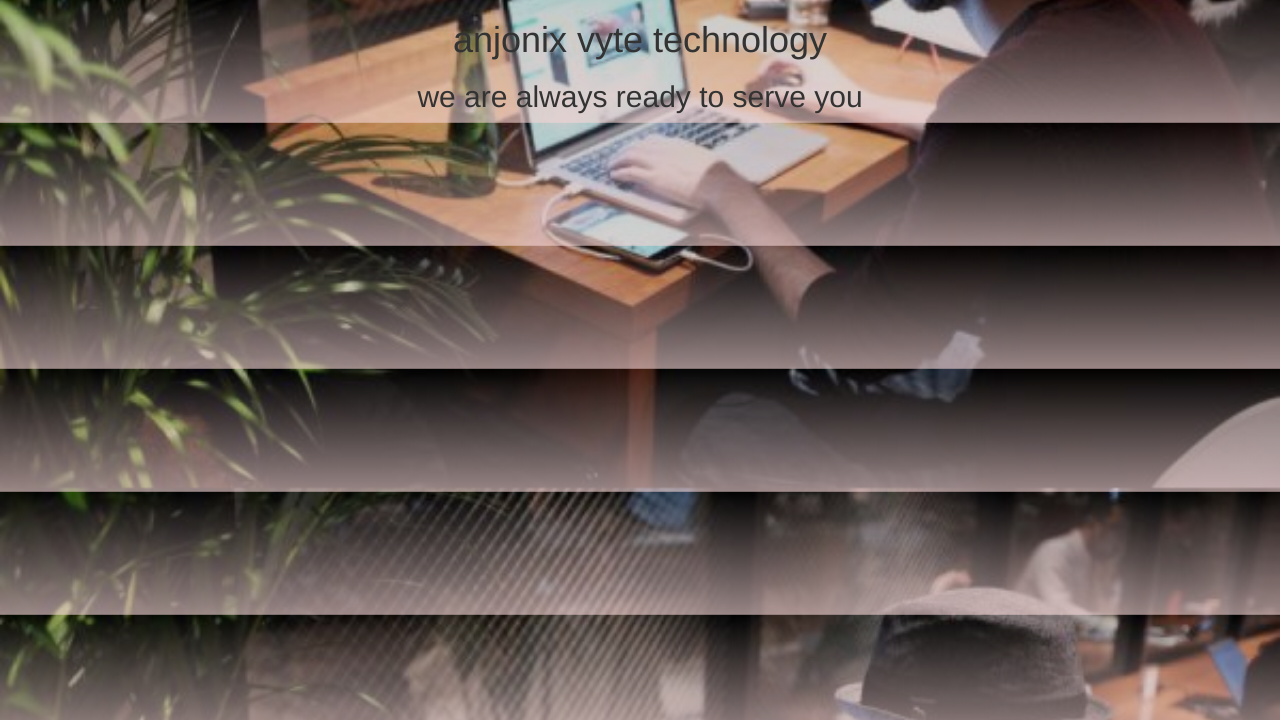
Repository: anjonix/Responsive-Website
Page: contact-form.html
The author's editor kept a copy of each file at every save. The page is drawn from the files as they stood at one save, then again after the next save.
The browser window is 1280 px wide. The pictures show the whole page.

Above is the page before, as saved 2019-07-09 13:55:52.

### contact-form.html
<!DOCTYPE html>
<!DOCTYPE html>
<html lang="en">
<head>
    <meta charset="UTF-8">
    <meta name="viewport" content="width=device-width, initial-scale=1.0">
    <meta http-equiv="X-UA-Compatible" content="ie=edge">
    <link rel="stylesheet" href="CSS/Contactform style.css">
     <!-- Latest compiled and minified CSS -->
    <link rel="stylesheet" href="https://maxcdn.bootstrapcdn.com/bootstrap/3.4.0/css/bootstrap.min.css">

    <!-- jQuery library -->

    <script src="https://ajax.googleapis.com/ajax/libs/jquery/3.4.1/jquery.min.js"></script>

    <!-- Latest compiled JavaScript -->
    <script src="https://maxcdn.bootstrapcdn.com/bootstrap/3.4.0/js/bootstrap.min.js"></script>
    <title>Contact Form</title>
</head>
<body>
        <div class="Contactform">
            <h1>anjonix vyte technology</h1>
            <h2>we are always ready to serve you</h2>
        </div>
</body>
</html>

### CSS/Contactform style.css
body
{
    margin-top: 100px;
    padding:0;
    text-align: center;
    background:linear-gradient(rgba(0,0,0,0.2),rgba(216, 189, 189, 0.7)), url(..//Images/image7.jpg);
    background-size: cover;
    background-position: center;
    font-family: sans-serif
}

After the next save:
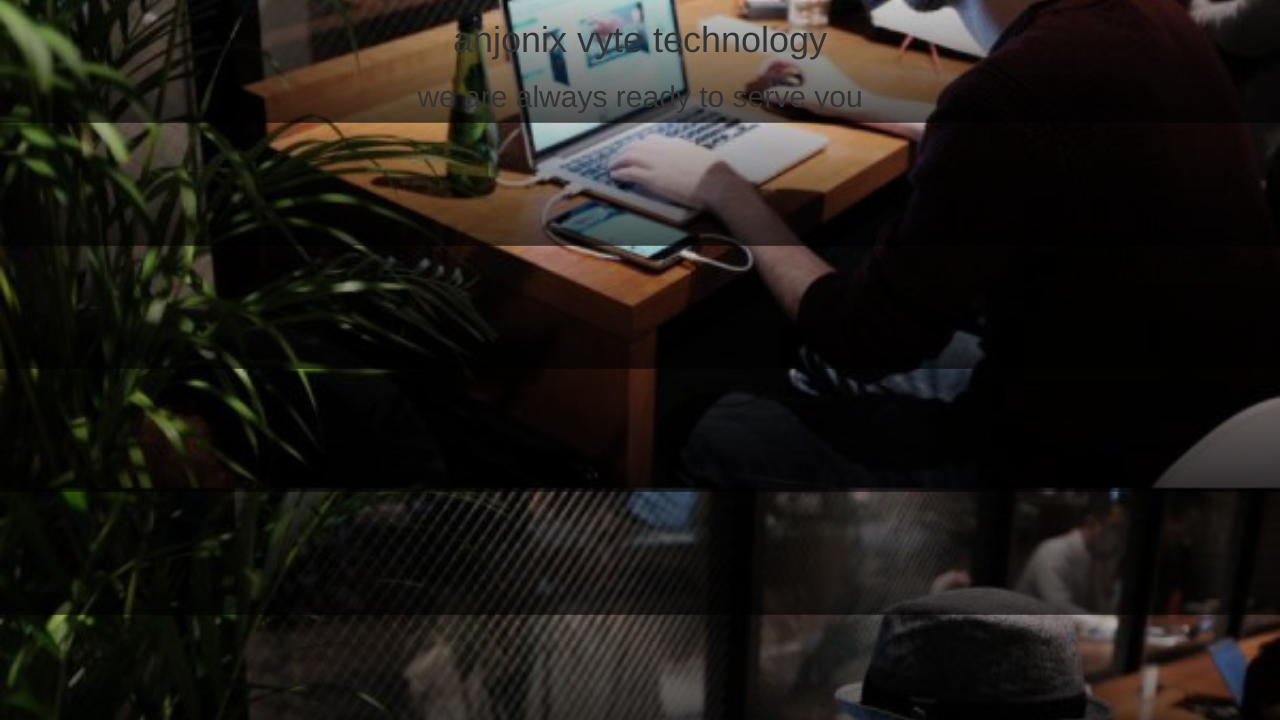
Saved 78 s later.
--- a/CSS/Contactform style.css
+++ b/CSS/Contactform style.css
@@ -1,9 +1,9 @@
 body
 {
-    margin-top: 100px;
+    margin-top: 0;
     padding:0;
     text-align: center;
-    background:linear-gradient(rgba(0,0,0,0.2),rgba(216, 189, 189, 0.7)), url(..//Images/image7.jpg);
+    background:linear-gradient(rgba(0,0,0,0.2),rgba(0, 0, 0, 0.7)), url(..//Images/image7.jpg);
     background-size: cover;
     background-position: center;
     font-family: sans-serif
